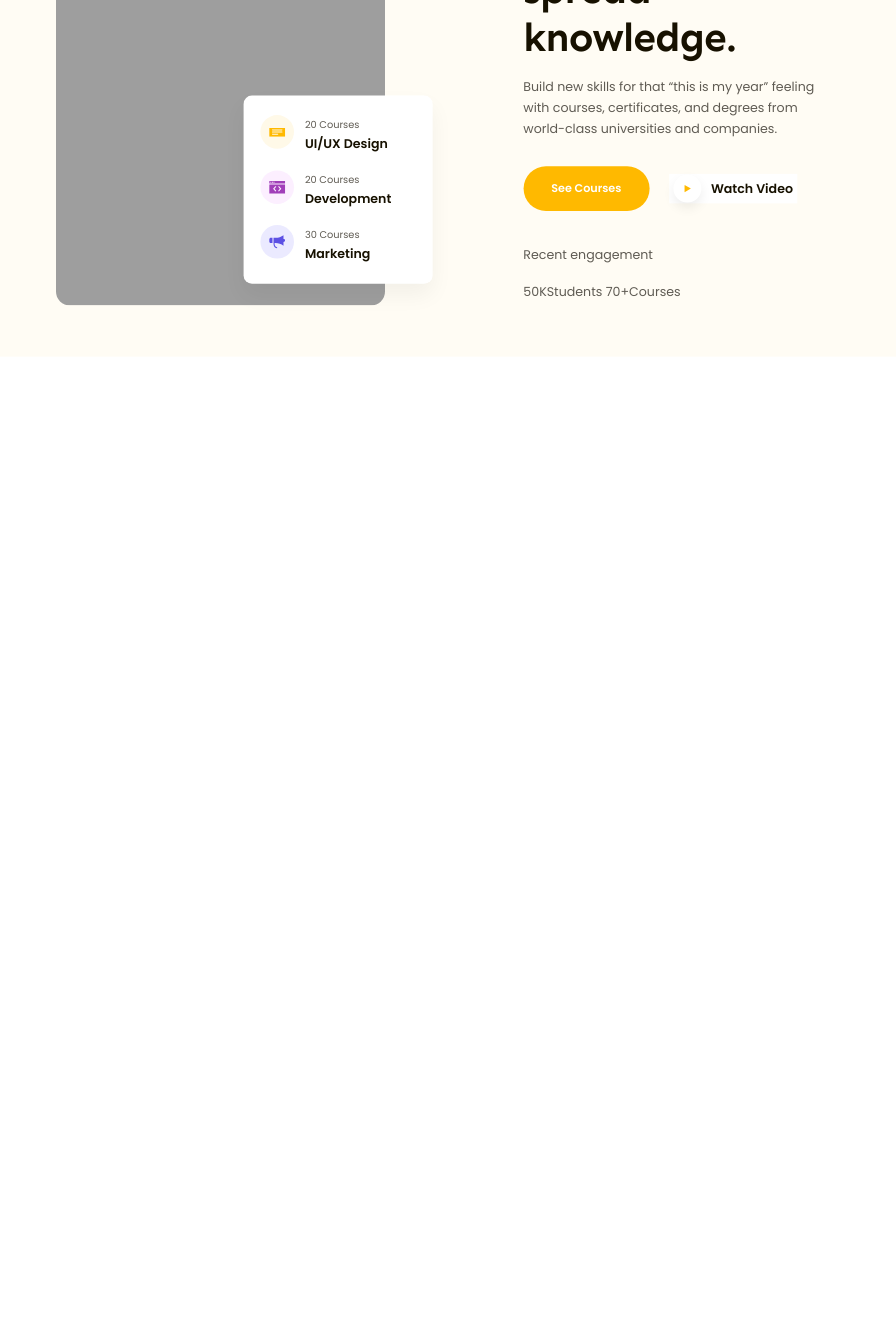
Repository: dovanlanh/f8-project-02
Page: index.html
An editor plug-in stored every save of this project. The page is shown before and after the next save, followed by the edit.
The browser window is 1280 px wide. The pictures show the part of the page from y = 398 to 2298 px (the page is 10000 px tall), at 70% of full size.
The pointer rests on the first visible `.hero .watch-video .icon`.
Pictures or frames that could not be fetched are drawn as grey boxes.

Above is the page before, as saved 2023-02-05 11:47:51.

### index.html
<!DOCTYPE html>
<html lang="en">
<head>
    <meta charset="UTF-8">
    <meta http-equiv="X-UA-Compatible" content="IE=edge">
    <meta name="viewport" content="width=device-width, initial-scale=1.0">
    <title>F8 Project 02</title>
    <!-- reset css -->
    <link rel="stylesheet" href="./assets/css/reset.css">
    <!-- embed fonts -->
    <link rel="preconnect" href="https://fonts.googleapis.com">
    <link rel="preconnect" href="https://fonts.gstatic.com" crossorigin>
    <link href="https://fonts.googleapis.com/css2?family=Poppins:ital,wght@0,400;0,500;0,600;0,700;1,400&family=Sen:wght@700&display=swap" rel="stylesheet">
    <!-- style -->
    <link rel="stylesheet" href="./assets/css/styles.css">
</head>
<body>
    <main style=" height: 10000px">
        <!-- header  -->
        <header class="header fixed">
            <div class="main-content">
                    <div class="body">
                        <!-- logo -->
                        <img src="./assets/img/Lesson.svg" alt="Lesson" class="Logo">
                        <!-- nav -->
                        <nav class="nav">
                            <ul>
                                <li class="active">
                                    <a href="#!">Home</a>
                                </li>
                                <li>
                                    <a href="#!">Courses</a>
                                </li>
                                <li>
                                    <a href="#!">Pricing</a>
                                </li>
                                <li>
                                    <a href="#!">Reviews</a>
                                </li>
                            </ul>
                        </nav>
                        <!-- active -->
                        <div class="action">
                            <a href="#!" class="btn sign-up-btn">Sign Up</a>
                        </div>
                    </div>
            </div>
        </header>
        <!-- Hero -->
        <div class="hero">
            <div class="main-content">
                <div class="body">
                    <!-- Hero left -->
                    <div class="media-block">
                        <img src="./assets/img/guy-lesson.svg" alt="" class="img">
                        <div class="hero-summary">
                            <div class="item">
                                <div class="icon">
                                    <img src="./assets/img/list-icon1.svg" alt="">
                                </div>
                                <div class="info">
                                    <p class="label">20 Courses</p>
                                    <p class="tittle">UI/UX Design</p>
                                </div>
                            </div>
                            <div class="item">
                                <div class="icon">
                                    <img src="./assets/img/list-icon2.svg" alt="">
                                </div>
                                <div class="info">
                                    <p class="label">20 Courses</p>
                                    <p class="tittle">Development</p>
                                </div>
                            </div>
                            <div class="item">
                                <div class="icon">
                                    <img src="./assets/img/list-icon3.svg" alt="">
                                </div>
                                <div class="info">
                                    <p class="label">30 Courses</p>
                                    <p class="tittle">Marketing</p>
                                </div>
                            </div>
                        </div>
                    </div>
                    <!-- hero-right -->
                    <div class="content-block">
                        <h1 class="heading">Learn without limits and spread knowledge.</h1>
                        <p class="desc">
                            Build new skills for that “this is my year” feeling with courses, certificates, and degrees from world-class universities and companies.
                        </p>
                            <div class="cta-group">
                                <a href="#!" class="btn hero-cta">See Courses</a>
                                <button class="watch-video">
                                    <div class="icon">
                                        <img src="./assets/img/icon-watch-video.svg" alt="">
                                    </div>
                                    <span>Watch Video</span>
                                </button>
                            </div>
                        <p class="desc">Recent engagement</p>
                        <div class="desc stats">
                            <strong>50K</strong>Students
                            <strong>70+</strong>Courses
                        </div>
                    </div>
                </div>
            </div>
        </div>

    </main>
</body>
</html>

### assets/css/styles.css
* {
    box-sizing: border-box;
}
:root {
    --font-heading: sen, sans-serif;
    --primary-color:#FFB900;
}
html,
body {
    scroll-behavior: smooth;
    font-size: 62.5%;
}

html {
    font-size: 62.5%;
}

body {
    font-size: 1.6rem;
    font-family: 'Poppins', sans-serif;
}

/* common */
a {
    text-decoration: none;
}
.main-content {
    width: 1170px;
    max-width: calc(100% - 48px);
    margin-left: auto;
    margin-right: auto;
}
.btn {
    min-width: 118px;
    display: inline-block;
    padding: 0 16px;
    align-items: center;
    line-height: 50px;
    font-weight: 600;
    font-size: 1.6rem;
    text-align: center;
    color: #FFFFFF;
    background: #171100;
    border-radius: 999px;
}
.btn:hover {
    opacity: 0.9;
}
/* header */
.header {
    background:#FFFCF4;
}
.header.fixed {
    position: sticky;
    top: -32px;
}
.header .body {
    display: flex;
    align-items: center;
    padding: 36px 0 8px;
}
.nav ul {
    display: flex;
}

.nav {
    margin-left: auto;
}
.nav a {
    position: relative;
    padding: 8px 21px;
    font-weight: 400;
    font-size: 1.6rem;
    color: #5F5B53;
}
.nav a:hover,
.nav li.active a {
    text-shadow: 1px 0 0 currentColor;
    color: #171100;
}
.nav li.active a::after {
    left: 21px;
    bottom: 6px;
    display: block;
    content: "";
    position: absolute;
    width: 12px;
    height: 2px;
    background: #171100;
    border-radius: 1px;
}
.header .sign-up-btn {
    min-width: 144px;
}
.header .action {
    margin-left: 49px;
}

/* hero */
.hero {
    padding: 56px;
    background:#FFFCF4;
}
.hero .body {
    display: flex;
}
/* hero left */
.hero .media-block {
    width: 48%;
    position: relative;
}

.hero .media-block .img {
    width: 470px;
    height: 685px;
    object-fit: cover;
    border-radius: 20px;
}
.hero .media-block .hero-summary {
    position: absolute;
    right: 0;
    bottom: 48px;
}
.hero .hero-summary {
    width: 270px;
    padding: 28px 24px;
    background: #FFFFFF;
    box-shadow: 0px 16px 32px rgba(0, 0, 0, 0.05);
    border-radius: 12px;
}
.hero-summary .item {
    display: flex;
}
.hero-summary .icon {
    width: 48px;
    height: 48px;
    border-radius: 50%;
    display: flex;
    align-items: center;
    justify-content: center;
    background: #FFF9E8;
}
.hero-summary .info {
    margin-left: 16px;
}
.hero-summary .label {
    font-weight: 400;
    font-size: 1.4rem;
    line-height: 1.86;
    color: #5F5B53;
}
.hero-summary .tittle {
    font-weight: 600;
    font-size: 1.8rem;
    line-height: 1.67;
    color: #171100;
}
.hero-summary .item + .item {
    margin-top: 22px;
}
.hero-summary .item:nth-of-type(2) .icon {
    background: #FCEFFF;
}
.hero-summary .item:nth-of-type(3) .icon {
    background: #EBEAFF;
}
/* hero right */
.hero .content-block {
    width: 52%;
    padding: 64px 0 0 130px;
}
.hero .content-block .heading {
    font-family: var(--font-heading);
    font-weight: 700;
    font-size: 5.8rem;
    line-height: 1.17;
    letter-spacing: -0.02em;
    color: #171100;
}
.content-block .desc {
    margin: 22px 0;
    font-weight: 400;
    font-size: 1.8rem;
    line-height: 1.67;
    color: #5F5B53;
}
.content-block .cta-group {
    margin: 38px 0 48px;
}
.content-block .cta-group .hero-cta{
    min-width: 180px;
    background-color: var(--primary-color);
    line-height: 64px;
}
.content-block .cta-group {
    display: flex;
    align-items: center;
}
.hero .watch-video {
    margin-left: 28px;
    display: flex;
    align-items: center;
    border: none;
    background: #fff;
}
.cta-group span {
    font-family: 'poppins', sans-serif;
    margin-left: 14px;
    font-weight: 600;
    font-size: 1.8rem;
    line-height: 1.67;
    color: #171100;
}
.hero .watch-video .icon {
    display: flex;
    align-items: center;
    justify-content: center;
    width: 40px;
    height: 40px;
    background: #FFFFFF;
    box-shadow: 0px 8px 16px rgba(0, 0, 0, 0.07);
    border-radius: 50%;
    cursor: pointer;
}
.hero .watch-video .icon:hover {
    opacity: 1.5;
}

Loaded but not shown: assets/css/reset.css (common file)

After the next save:
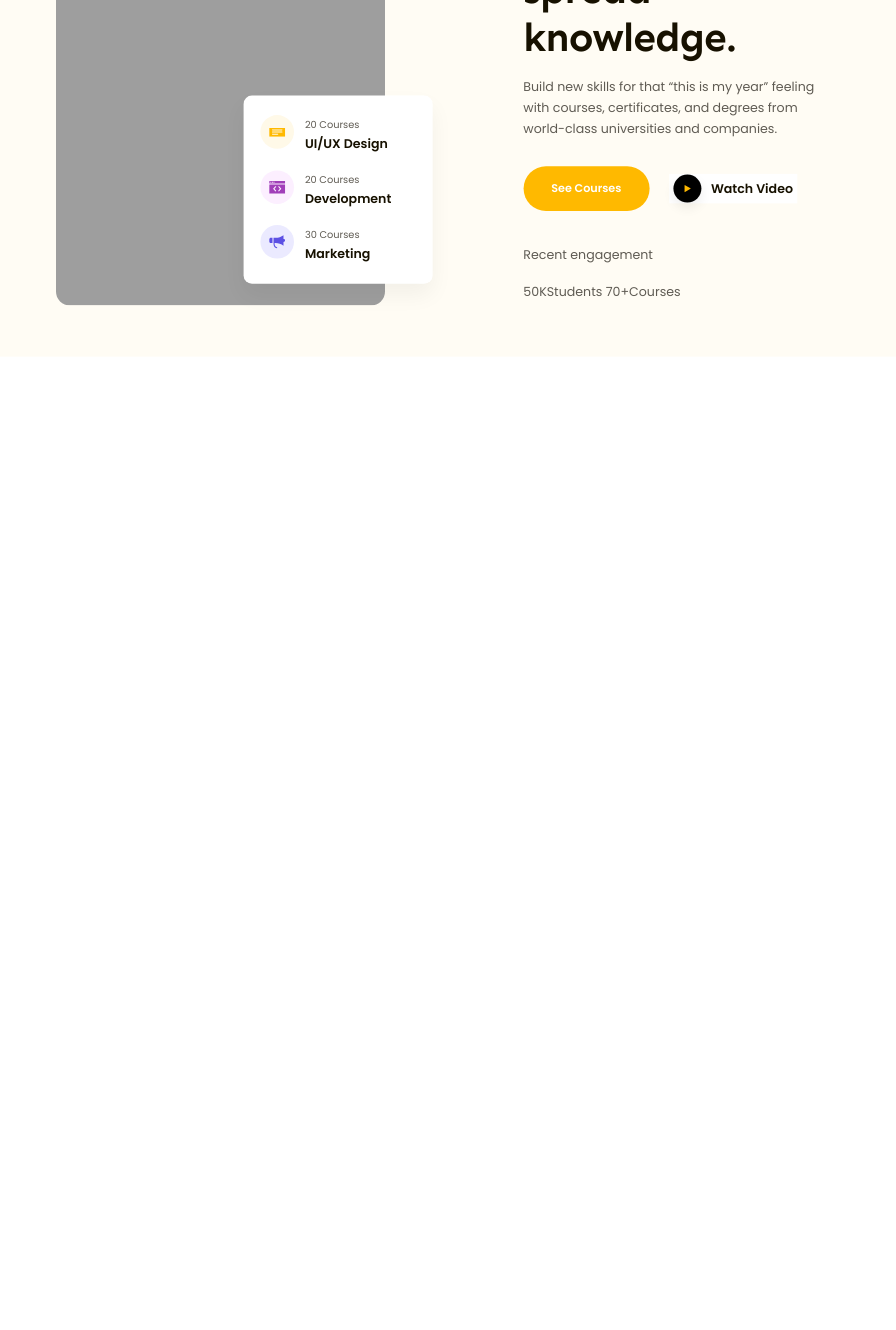
Saved 21 s later.
--- a/assets/css/styles.css
+++ b/assets/css/styles.css
@@ -223,5 +223,5 @@ a {
     cursor: pointer;
 }
 .hero .watch-video .icon:hover {
-    opacity: 1.5;
-}
+    background: #000;
+}
